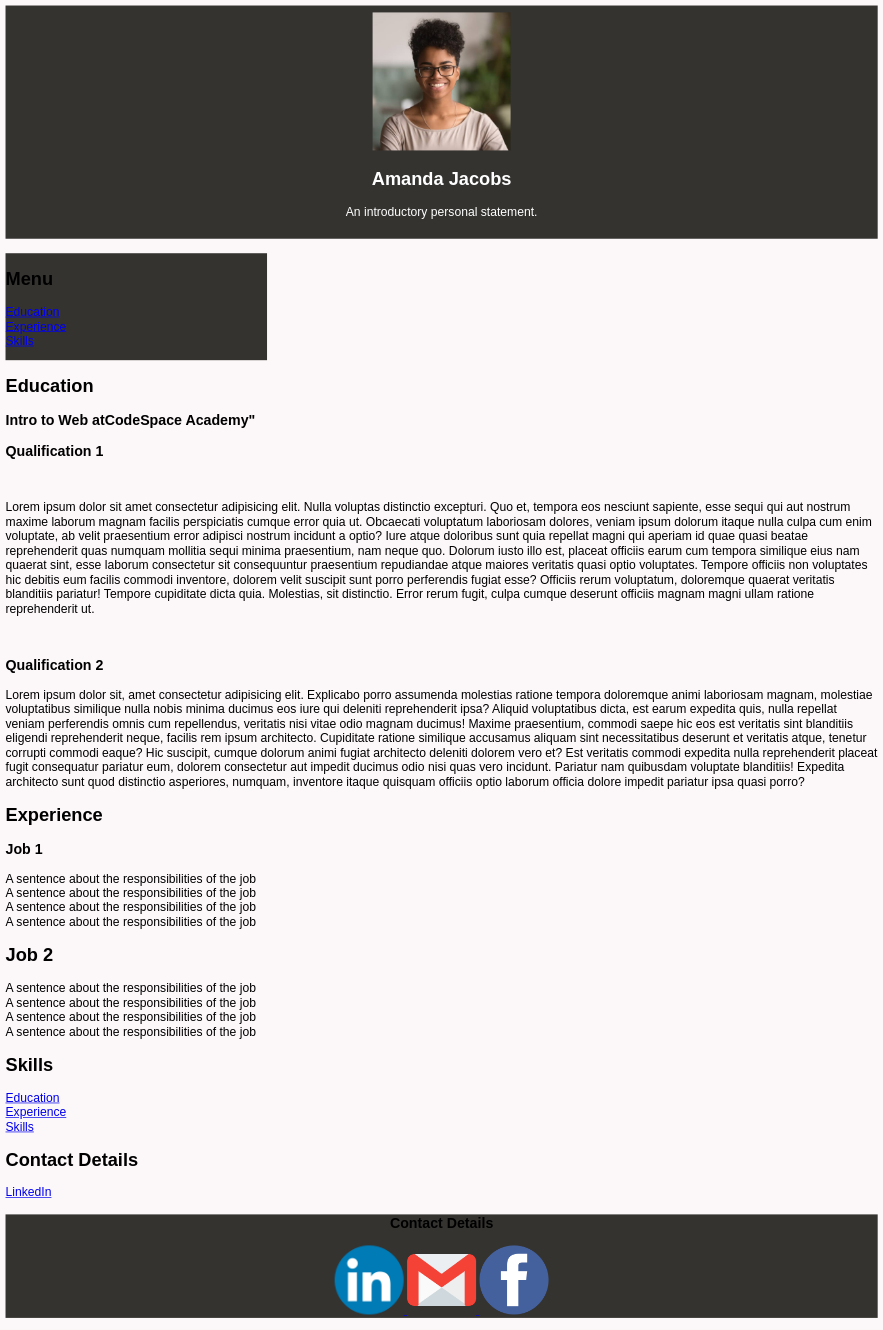
Repository: LeonardMhere/Resume-3
Page: resume `3/index.html
An editor plug-in stored every save of this project. The page is shown before and after the next save, followed by the edit.
The browser window is 1280 px wide. The pictures show the whole page, at 69% of full size.

Above is the page before, as saved 2023-03-23 09:38:13.

After the next save:
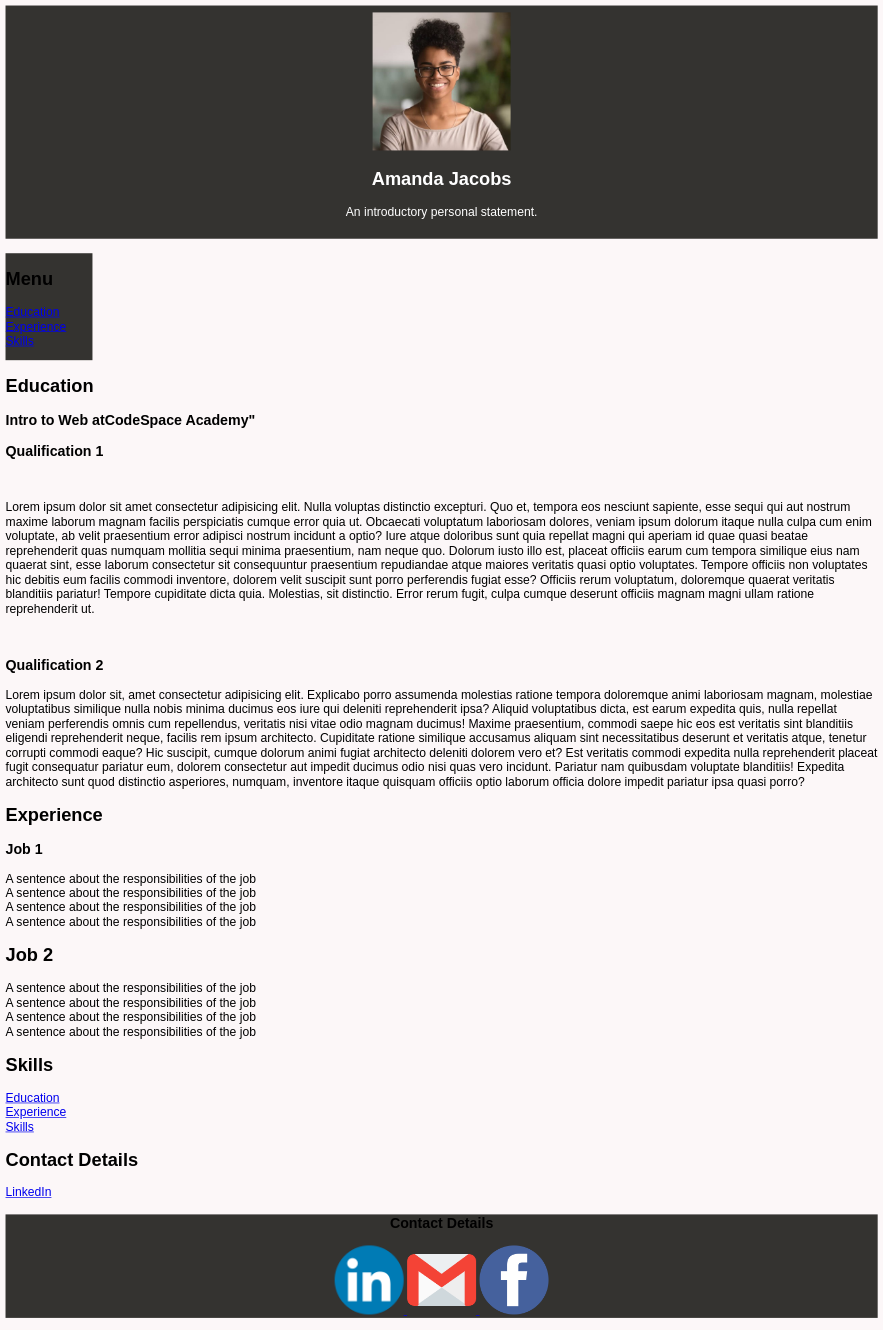
Saved 14 s later.
--- a/resume `3/css/stylesheet.css
+++ b/resume `3/css/stylesheet.css
@@ -21,7 +21,7 @@ header {
 
 .nav-menu{
     background-color:#343330;
-    width: 30%;
+    width: 10%;
     overflow: auto;
     background-color:
 }
